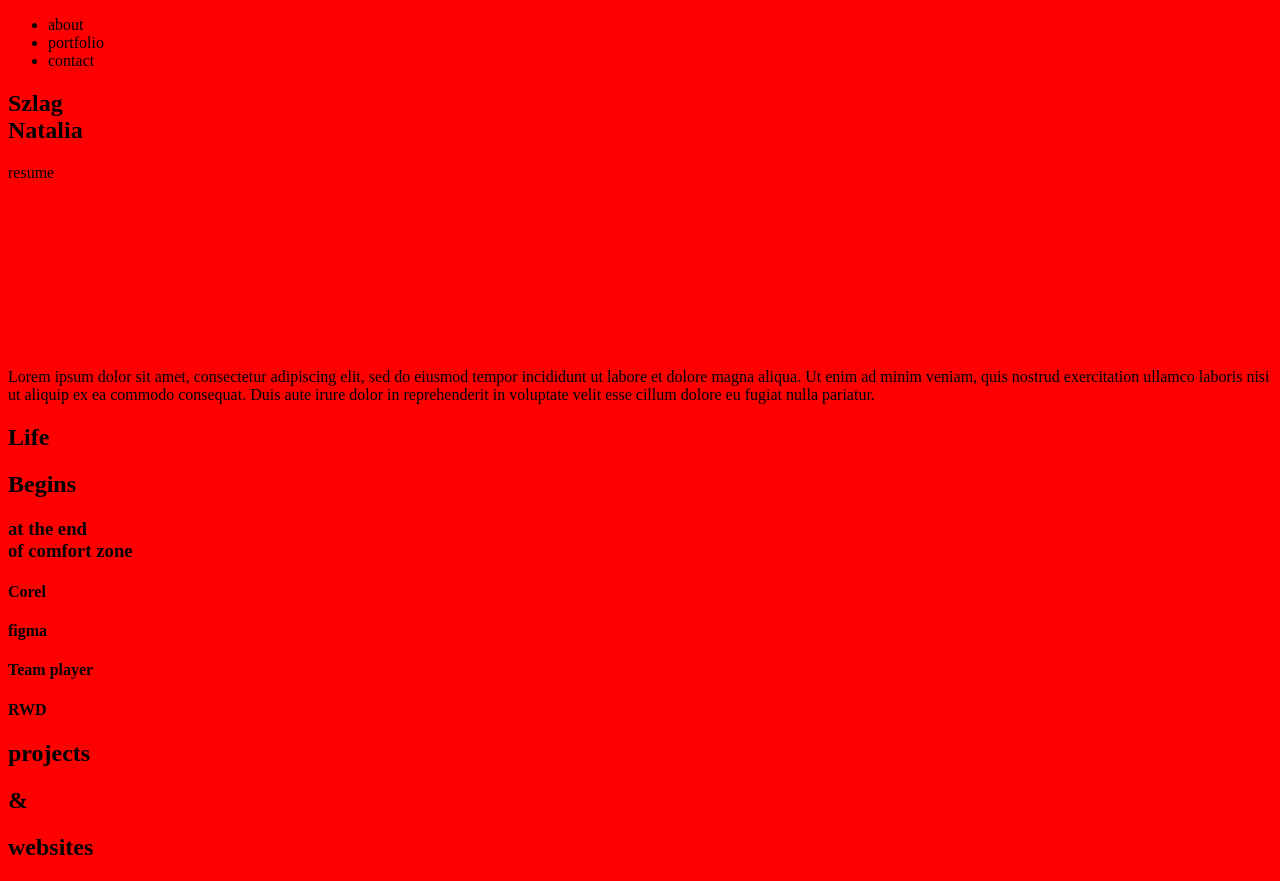
Repository: nataliaszlag/portfolio3
Page: index.html
These files come from the project's save history. The page is drawn as it stood at one moment and after a run of saves; the edit follows.
The browser window is 1280 px wide. The pictures show the whole page.
The style sheet was rebuilt from its Sass, Less or Tailwind sources for each picture, by a compiler version that may differ from the author's.

Above is the page before, as saved 2020-09-25 21:21:06.

After the next 3 saves:
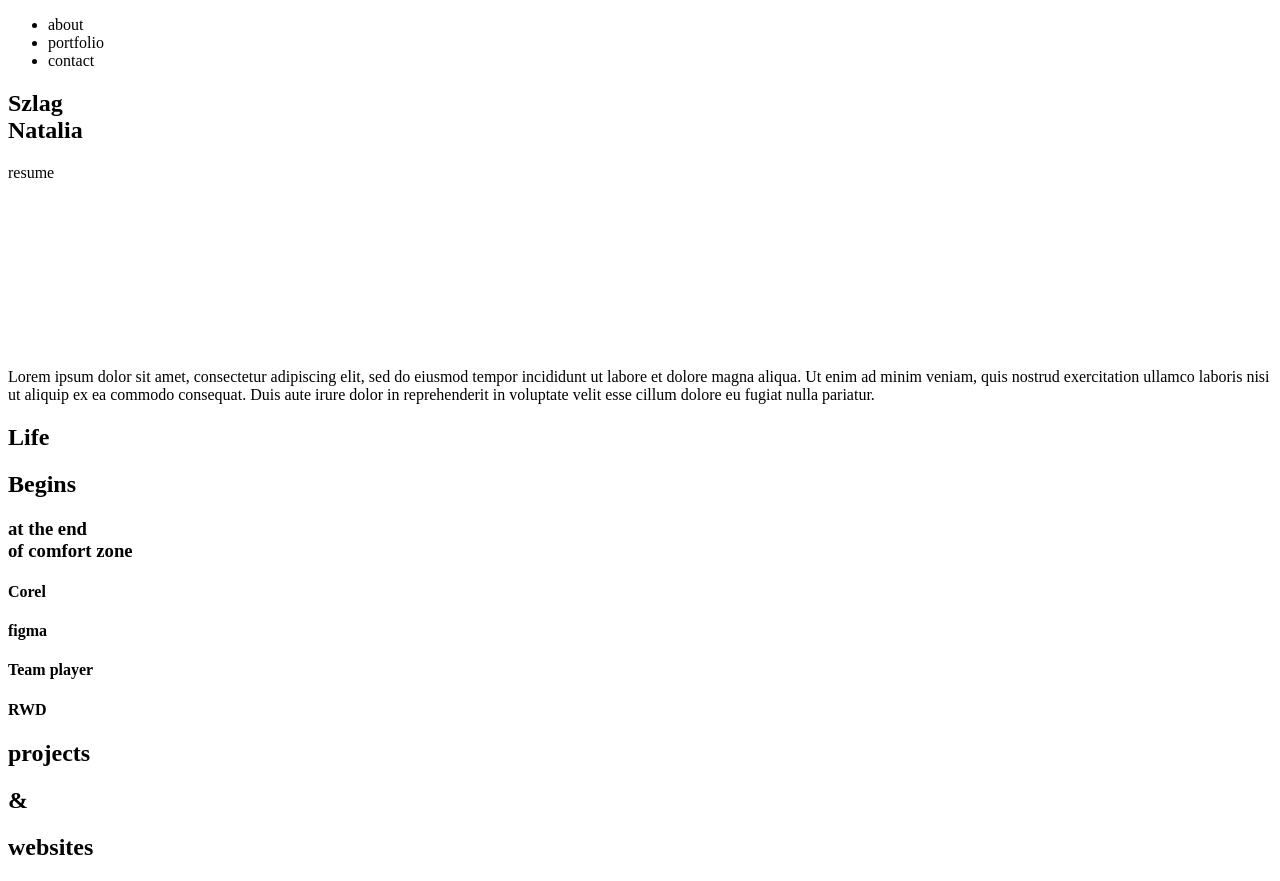
The 3 saves are shown as one change because 1 did not build or start and some came seconds apart.
The last was saved 22 s later.
--- a/scss/style.scss
+++ b/scss/style.scss
@@ -1,3 +1,3 @@
 *{
-    background: red;
+box-sizing: border-box;
 }
